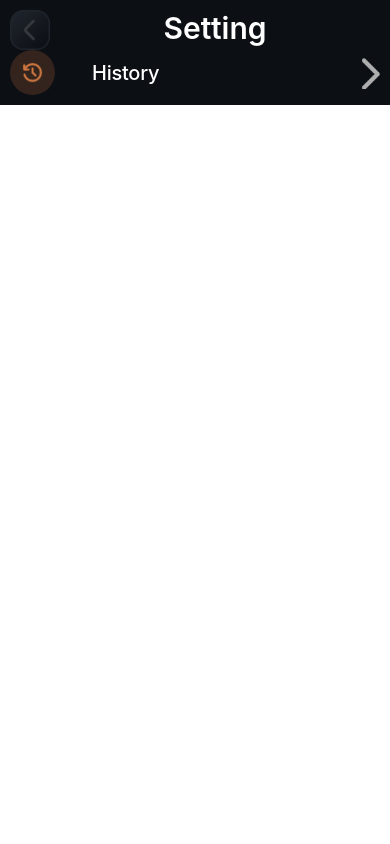
Repository: nguoilaisaochoi/App-coffe
Screen: /
An editor plug-in stored every save of this project. The screen is shown before and after a run of saves, followed by the edit.
The app was drawn by React Native's web renderer in a window 390 px wide. The project was rebuilt for these pictures with package versions that can differ from the ones it lists, and the page was loaded fresh each time.

Above is the screen before, as saved 2024-01-13 09:00:58.

### App.tsx
import { View, Text } from 'react-native'
import React from 'react'
import Login from './src/Login'
import Register from './src/Register'
import Setting from './src/Setting'
const App = () => {
  return (
    <View>
      <Setting/>
    </View>
  )
}

export default App

### src/Setting.js
import {View, Text, StyleSheet, Image} from 'react-native';
import React from 'react';

const Setting = () => {
  return (
    <View style={mystyle.body}>
      <View style={mystyle.task}>
        <Image
          style={mystyle.arrowleft}
          source={require('../assets/img/arrowleft.png')}
        />
        <Text style={mystyle.textsetting}>Setting</Text>
      </View>
      <View style={mystyle.setting}>
        <View style={mystyle.bgicon}>
          <Image
            style={mystyle.icon}
            source={require('../assets/img/clock.png')}
          />
        </View>
        <Text style={mystyle.text}>History</Text>
        <Image
          style={mystyle.arrowright}
          source={require('../assets/img/Arrow_right.jpg')}
        />
      </View>
    </View>
  );
};

export default Setting;
const mystyle = StyleSheet.create({
  body: {
    width: '100%',
    height: '100%',
    padding: 10,
    backgroundColor: '#0C0F14',
  },
  task: {
    width: '100%',
    display: 'flex',
    flexDirection: 'row',
  },
  arrowleft: {
    width: 40,
    height: 40,
  },
  textsetting: {
    color: 'white',
    marginLeft: 'auto',
    marginRight: 'auto',
    fontSize: 30,
    fontStyle: 'normal',
    fontWeight: '600',
    lineHeight: 36,
  },
  setting: {
    display: 'flex',
    flexDirection: 'row',
    alignItems: 'center',
  },
  text: {
    color: 'white',
    fontSize:20,
    marginLeft: '10%',
    fontWeight: '500',
    letterSpacing: -0.24,
  },
  bgicon: {
    display: 'flex',
    justifyContent: 'center',
    alignItems: 'center',
    width: 45,
    height: 45,
    borderRadius: 50,
    backgroundColor: 'rgba(209, 120, 66, 0.20)',
  },
  icon: {
    width: 25,
    height: 25,
  },
  arrowright: {
    width: 18,
    height: 32,
    marginLeft: 'auto',
  },
});

After the next 2 saves:
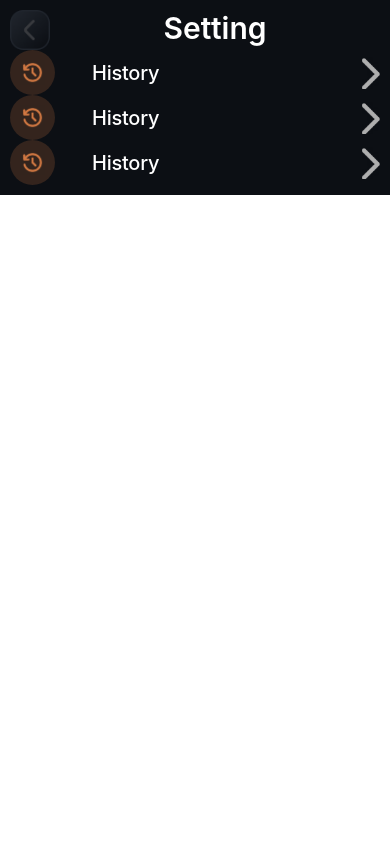
The 2 saves are shown as one change because they came seconds apart.
The last was saved 92 s later.
--- a/src/Setting.js
+++ b/src/Setting.js
@@ -10,6 +10,34 @@ const Setting = () => {
           source={require('../assets/img/arrowleft.png')}
         />
         <Text style={mystyle.textsetting}>Setting</Text>
+      </View>
+
+      <View style={mystyle.setting}>
+        <View style={mystyle.bgicon}>
+          <Image
+            style={mystyle.icon}
+            source={require('../assets/img/clock.png')}
+          />
+        </View>
+        <Text style={mystyle.text}>History</Text>
+        <Image
+          style={mystyle.arrowright}
+          source={require('../assets/img/Arrow_right.jpg')}
+        />
+      </View>
+
+      <View style={mystyle.setting}>
+        <View style={mystyle.bgicon}>
+          <Image
+            style={mystyle.icon}
+            source={require('../assets/img/clock.png')}
+          />
+        </View>
+        <Text style={mystyle.text}>History</Text>
+        <Image
+          style={mystyle.arrowright}
+          source={require('../assets/img/Arrow_right.jpg')}
+        />
       </View>
       <View style={mystyle.setting}>
         <View style={mystyle.bgicon}>
